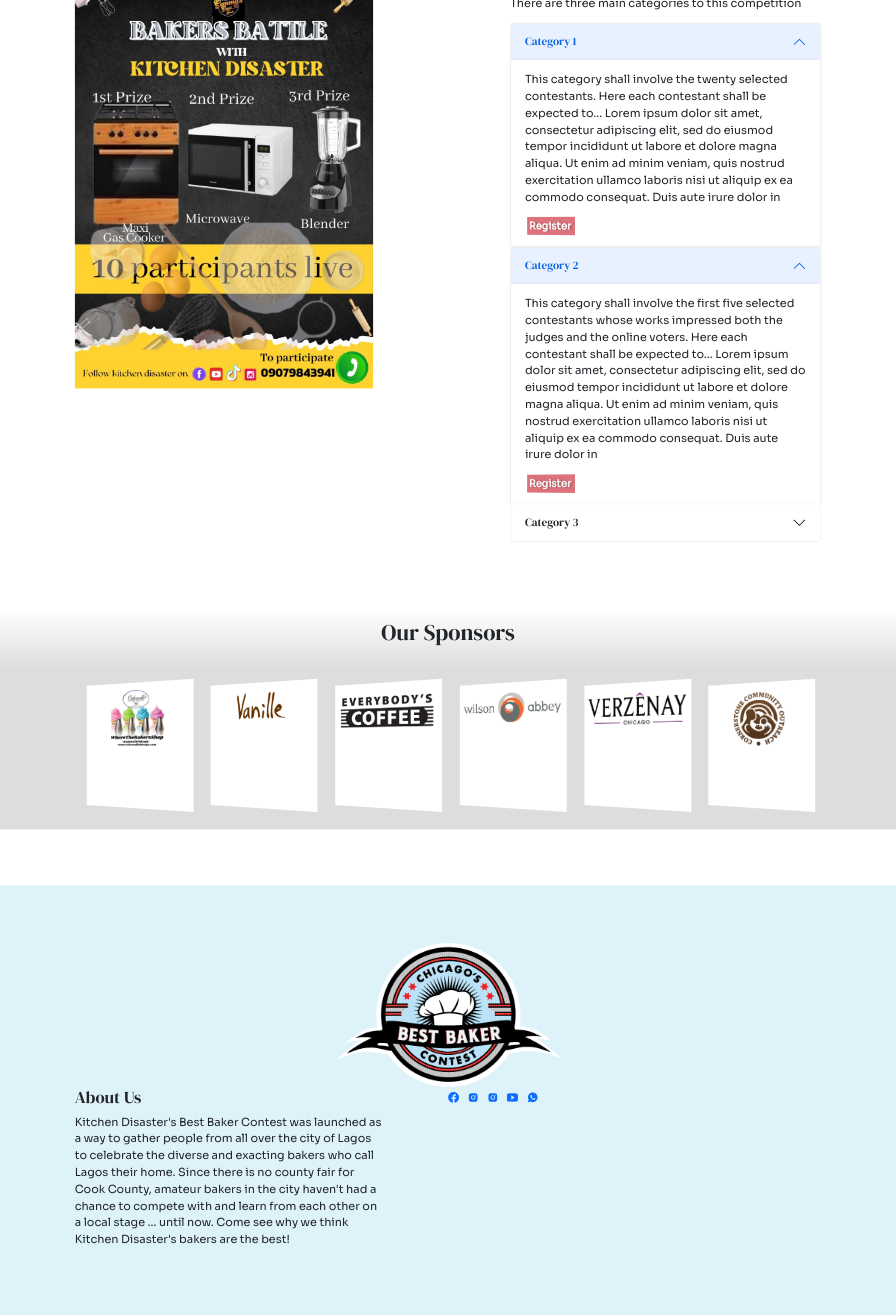
Repository: sarahnnanyelugo/bakers-battle
Page: /
The author's editor kept a copy of each file at every save. The page is drawn from the files as they stood at one save, then again after the next save.
The browser window is 1280 px wide. The pictures show the part of the page from y = 2157 to 4077 px (the page is 4036 px tall before and 4077 px after), at 70% of full size.
The project was rebuilt for these pictures with package versions that can differ from the ones it lists, and the page was loaded fresh each time. Also part of the build but not shown: src/components/ScreenSlide/slide.scss, src/components/ScreenSlide/ScreenSlide.js.

Above is the page before, as saved 2024-07-09 20:48:14.

After the next save:
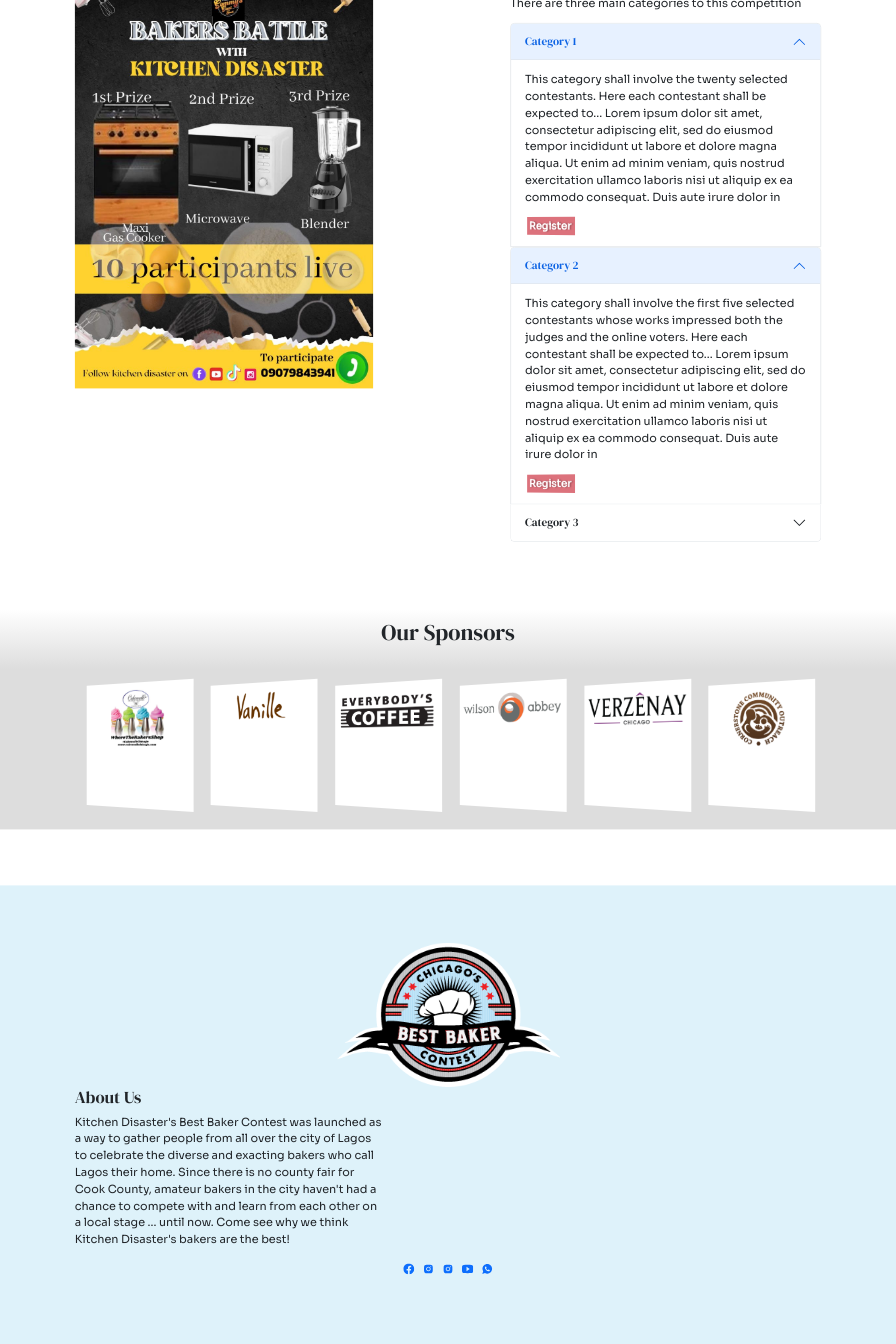
Saved 73 s later.
--- a/src/components/Footer/Footer.js
+++ b/src/components/Footer/Footer.js
@@ -28,36 +28,38 @@
             bakers are the best!
           </p>
         </div>
-        <div className="col-md-6 offset-md-1">
-          <ul className="list-inline">
-            <li className="list-inline-item">
-              <Link to={"/"}>
-                <FaFacebook />
-              </Link>
-            </li>{" "}
-            <li className="list-inline-item">
-              <Link to={"/"}>
-                <AiFillInstagram />
-              </Link>
-            </li>{" "}
-            <li className="list-inline-item">
-              <Link to={"/"}>
-                <AiFillInstagram />
-              </Link>
-            </li>{" "}
-            <li className="list-inline-item">
-              <Link to={"/"}>
-                <IoLogoYoutube />
-              </Link>
-            </li>{" "}
-            <li className="list-inline-item">
-              <Link to={"/"}>
-                <IoLogoWhatsapp />
-              </Link>
-            </li>
-          </ul>
-        </div>
+        <div className="col-md-6 offset-md-1"></div>
       </div>
+      <center>
+        {" "}
+        <ul className="list-inline">
+          <li className="list-inline-item">
+            <Link to={"/"}>
+              <FaFacebook />
+            </Link>
+          </li>{" "}
+          <li className="list-inline-item">
+            <Link to={"/"}>
+              <AiFillInstagram />
+            </Link>
+          </li>{" "}
+          <li className="list-inline-item">
+            <Link to={"/"}>
+              <AiFillInstagram />
+            </Link>
+          </li>{" "}
+          <li className="list-inline-item">
+            <Link to={"/"}>
+              <IoLogoYoutube />
+            </Link>
+          </li>{" "}
+          <li className="list-inline-item">
+            <Link to={"/"}>
+              <IoLogoWhatsapp />
+            </Link>
+          </li>
+        </ul>
+      </center>
     </footer>
   );
 };
